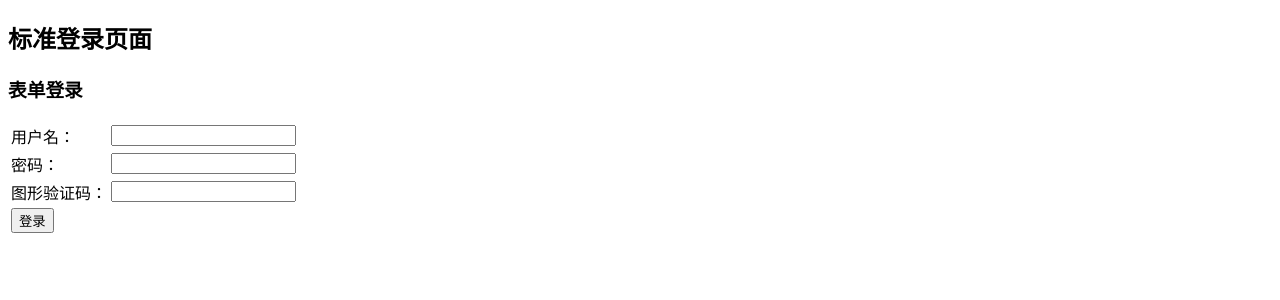
Repository: TPxiaoming/spring-security
Page: xiaoming-security-browser/src/main/resources/resources/xiaoming-signIn.html
These files come from the project's save history. The page is drawn as it stood at one moment and after the next save; the edit follows.
The browser window is 1280 px wide. The pictures show the whole page.

Above is the page before, as saved 2019-05-27 13:59:22.

### xiaoming-security-browser/src/main/resources/resources/xiaoming-signIn.html
<!DOCTYPE html>
<html lang="en">
<head>
    <meta charset="UTF-8">
    <title>登录</title>
</head>
<body>
    <h2>标准登录页面</h2>
    <h3>表单登录</h3>
    <form action="/authentication/form" method="post">
        <table>
            <tr>
                <td>用户名：</td>
                <td><input type="text" name="username"></td>
            </tr>
            <tr>
                <td>密码：</td>
                <td><input type="password" name="password"></td>
            </tr>
            <tr>
                <td>图形验证码：</td>
                <td><input type="text" name="imageCode"></td>
            </tr>
            <tr>
                <td colspan="2"><button type="submit">登录</button></td>
            </tr>
        </table>
    </form>

</body>
</html>

After the next save:
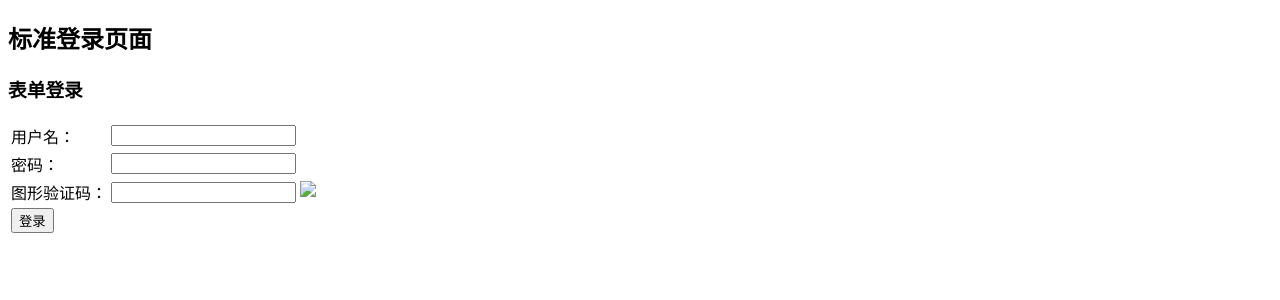
Not found: xiaoming-security-browser/image/code
Saved 72 s later.
--- a/xiaoming-security-browser/src/main/resources/resources/xiaoming-signIn.html
+++ b/xiaoming-security-browser/src/main/resources/resources/xiaoming-signIn.html
@@ -19,7 +19,7 @@
             </tr>
             <tr>
                 <td>图形验证码：</td>
-                <td><input type="text" name="imageCode"></td>
+                <td><input type="text" name="imageCode"> <img src="/image/code"></td>
             </tr>
             <tr>
                 <td colspan="2"><button type="submit">登录</button></td>
